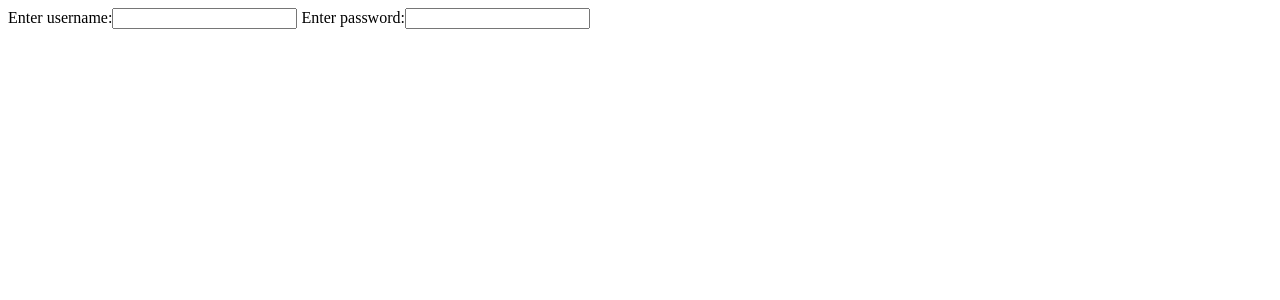
Repository: 18ucs096/Servelts
Page: http://localhost/LoginModule/login.jsp
These files come from the project's save history. The page is drawn as it stood at one moment and after the next save; the edit follows.
The browser window is 1280 px wide. The pictures show the whole page.
The page is served by Tomcat 9. Other server files are loaded and not shown.

Above is the page before, as saved 2021-04-23 17:01:39.

### LoginModule/WebContent/login.jsp
<%@ page language="java" contentType="text/html; charset=ISO-8859-1"
    pageEncoding="ISO-8859-1"%>
<!DOCTYPE html>
<html>
<head>
<meta charset="ISO-8859-1">
<title>Insert title here</title>
</head>
<body>
	<form action="Login">
		Enter username:<input type="text" name="uname">
		Enter password:<input type="password" name="pass">
	</form>
</body>
</html>

After the next save:
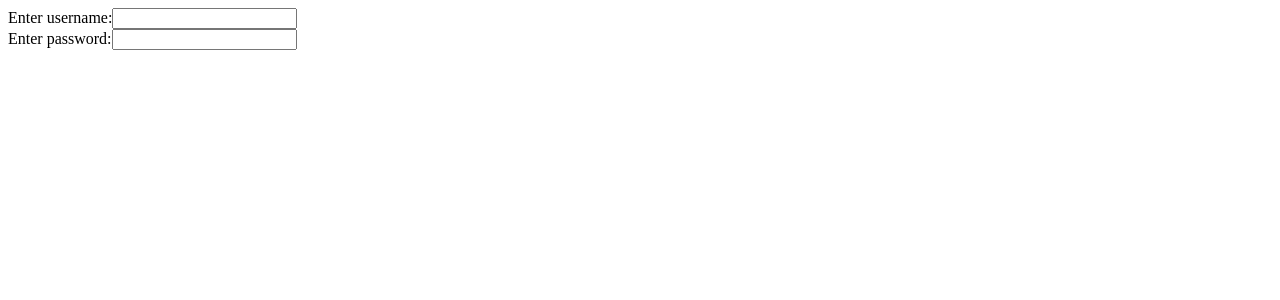
Saved 14 s later.
--- a/LoginModule/WebContent/login.jsp
+++ b/LoginModule/WebContent/login.jsp
@@ -8,8 +8,8 @@
 </head>
 <body>
 	<form action="Login">
-		Enter username:<input type="text" name="uname">
-		Enter password:<input type="password" name="pass">
+		Enter username:<input type="text" name="uname"><br>
+		Enter password:<input type="password" name="pass"><br>
 	</form>
 </body>
 </html>
